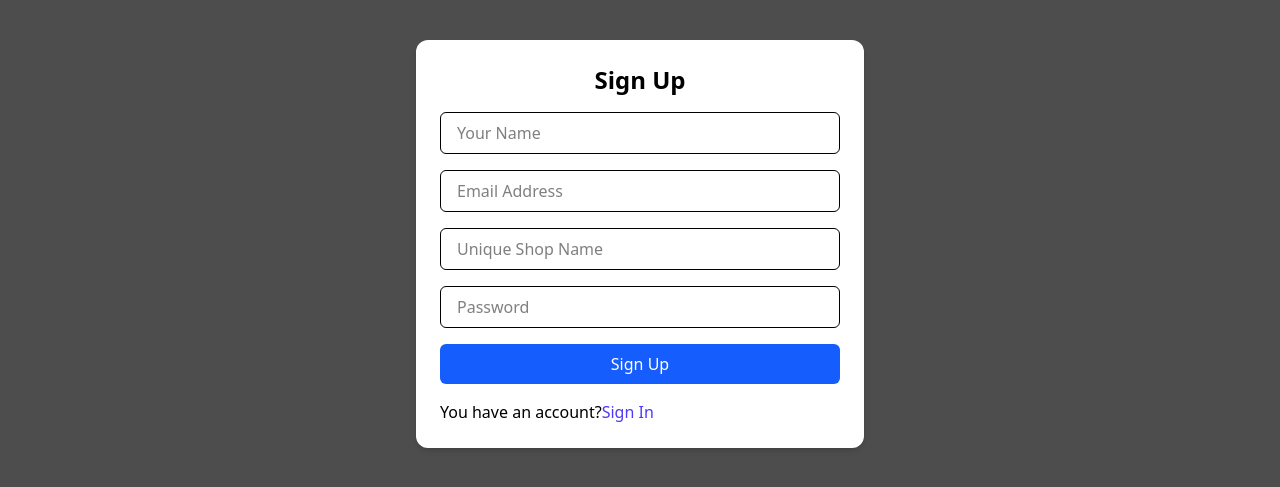
Repository: Mehebul02/user-authentication
Page: /signup
These files come from the project's save history. The page is drawn as it stood at one moment and after the next save; the edit follows.
The browser window is 1280 px wide. The pictures show the whole page.
The project was rebuilt for these pictures with package versions that can differ from the ones it lists, and the page was loaded fresh each time. Also part of the build but not shown: vite.config.ts, src/components/pages/auth/signIn/SignIn.tsx.

Above is the page before, as saved 2025-06-02 21:01:04.

### src/main.tsx
import { StrictMode } from 'react'
import { createRoot } from 'react-dom/client'
import './index.css'
import { RouterProvider } from 'react-router-dom'
import router from './components/routes/index.tsx'
import { Toaster } from 'sonner'

createRoot(document.getElementById('root')!).render(
  <StrictMode>
    <RouterProvider router={router}/>
    <Toaster position="top-center" />
  </StrictMode>,
)

### src/index.css
@import "tailwindcss";


body {

  background-color: rgb(77, 77, 77);
}

### src/components/routes/index.tsx
import { createBrowserRouter } from "react-router-dom";
import Signin from "../pages/auth/signIn/SignIn";
import SignUp from "../pages/auth/signUp/SignUp";


const router = createBrowserRouter([
  {
    path: "/",
    element: <Signin/>,

  },
  {
    path: "/signup",
    element: <SignUp/>,
  }
]);

export default router;

### src/components/pages/auth/signUp/SignUp.tsx
import React, { useState } from 'react';
import { Link } from 'react-router-dom';

const SignUp = () => {
  const [formData, setFormData] = useState({
    name: '',
    email: '',
    shopName: '',
    password: '',
  });

  type Errors = {
    name?: string;
    email?: string;
    shopName?: string;
    password?: string;
  };

  const [errors, setErrors] = useState<Errors>({});
  const [message, setMessage] = useState('');

  const validate = () => {
    const newErrors: Errors = {};
    const { name, email, shopName, password } = formData;

    const passwordRegex = /^(?=.*[0-9])(?=.*[!@#$%^&*])[A-Za-z\d!@#$%^&*]{8,}$/;

    if (!name.trim()) newErrors.name = 'Name is required';
    if (!email.trim()) newErrors.email = 'Email is required';
    if (!shopName.trim()) newErrors.shopName = 'Shop name is required';
    if (!passwordRegex.test(password)) {
      newErrors.password = 'Password must be at least 8 characters, include one number and one special character';
    }

    return newErrors;
  };

  const handleChange = (e) => {
    setFormData({ ...formData, [e.target.name]: e.target.value });
    setErrors({ ...errors, [e.target.name]: '' });
  };

  const handleSignup = async (e) => {
    e.preventDefault();

    const validationErrors = validate();
    if (Object.keys(validationErrors).length > 0) {
      setErrors(validationErrors);
      return;
    }

    try {
      const res = await fetch('/api/signup', {
        method: 'POST',
        headers: { 'Content-Type': 'application/json' },
        body: JSON.stringify(formData),
      });

      const data = await res.json();

      if (!res.ok) {
        setMessage(data.message || 'Something went wrong');
      } else {
        setMessage('User created successfully');
        setFormData({ name: '', email: '', shopName: '', password: '' });
      }
    } catch (err) {
      setMessage('Server error');
    }
  };

  return (
    <div className="max-w-md mx-auto mt-10 p-6 bg-white shadow-md rounded-xl">
      <h2 className="text-2xl font-semibold mb-4 text-center">Sign Up</h2>
      {message && <p className="mb-4 text-center text-sm text-red-500">{message}</p>}

      <form onSubmit={handleSignup} className="space-y-4">
        <div>
          <input
            type="text"
            name="name"
            placeholder="Your Name"
            value={formData.name}
            onChange={handleChange}
            className="w-full px-4 py-2 border rounded-md focus:outline-none focus:ring focus:border-blue-300"
          />
          {errors.name && <p className="text-sm text-red-500 mt-1">{errors.name}</p>}
        </div>

        <div>
          <input
            type="email"
            name="email"
            placeholder="Email Address"
            value={formData.email}
            onChange={handleChange}
            className="w-full px-4 py-2 border rounded-md focus:outline-none focus:ring focus:border-blue-300"
          />
          {errors.email && <p className="text-sm text-red-500 mt-1">{errors.email}</p>}
        </div>

        <div>
          <input
            type="text"
            name="shopName"
            placeholder="Unique Shop Name"
            value={formData.shopName}
            onChange={handleChange}
            className="w-full px-4 py-2 border rounded-md focus:outline-none focus:ring focus:border-blue-300"
          />
          {errors.shopName && <p className="text-sm text-red-500 mt-1">{errors.shopName}</p>}
        </div>

        <div>
          <input
            type="password"
            name="password"
            placeholder="Password"
            value={formData.password}
            onChange={handleChange}
            className="w-full px-4 py-2 border rounded-md focus:outline-none focus:ring focus:border-blue-300"
          />
          {errors.password && <p className="text-sm text-red-500 mt-1">{errors.password}</p>}
        </div>

        <button
          type="submit"
          className="w-full bg-blue-600 text-white py-2 rounded-md hover:bg-blue-700 transition duration-200"
        >
          Sign Up
        </button>
      </form>
       <h1 className='mt-4 text-center space-x-1 flex ga-4 ju-'>You have an account?
                <Link to="/signup" className="text-indigo-600 hover:text-indigo-500">Sign In</Link>
              </h1>
    </div>
  );
};

export default SignUp;

Loaded but not shown: index.html (common file)

After the next save:
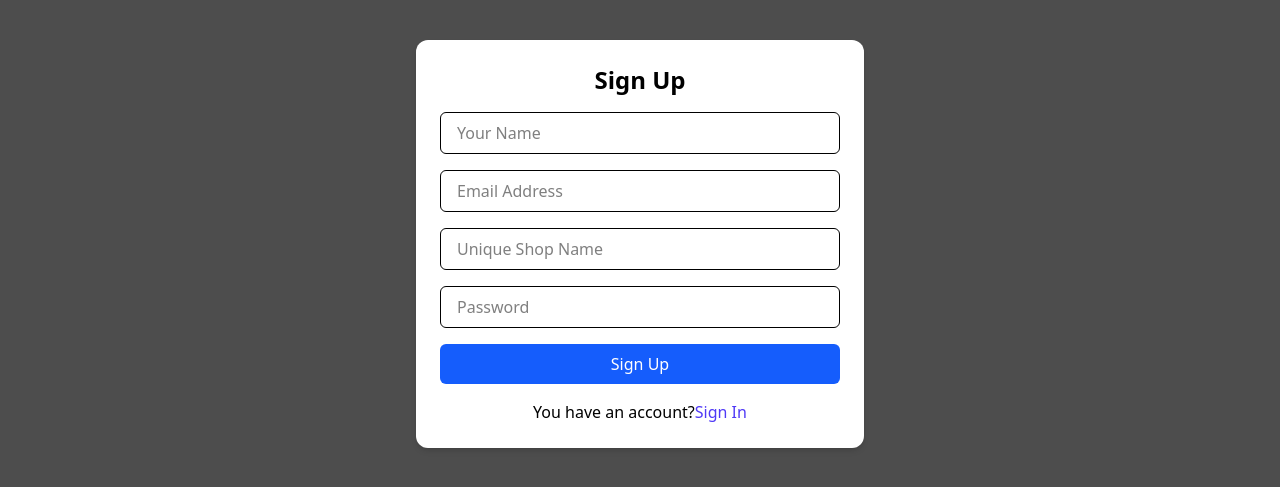
Saved 4 s later.
--- a/src/components/pages/auth/signUp/SignUp.tsx
+++ b/src/components/pages/auth/signUp/SignUp.tsx
@@ -130,7 +130,7 @@ const SignUp = () => {
           Sign Up
         </button>
       </form>
-       <h1 className='mt-4 text-center space-x-1 flex ga-4 ju-'>You have an account?
+       <h1 className='mt-4 text-center space-x-1 '>You have an account?
                 <Link to="/signup" className="text-indigo-600 hover:text-indigo-500">Sign In</Link>
               </h1>
     </div>
